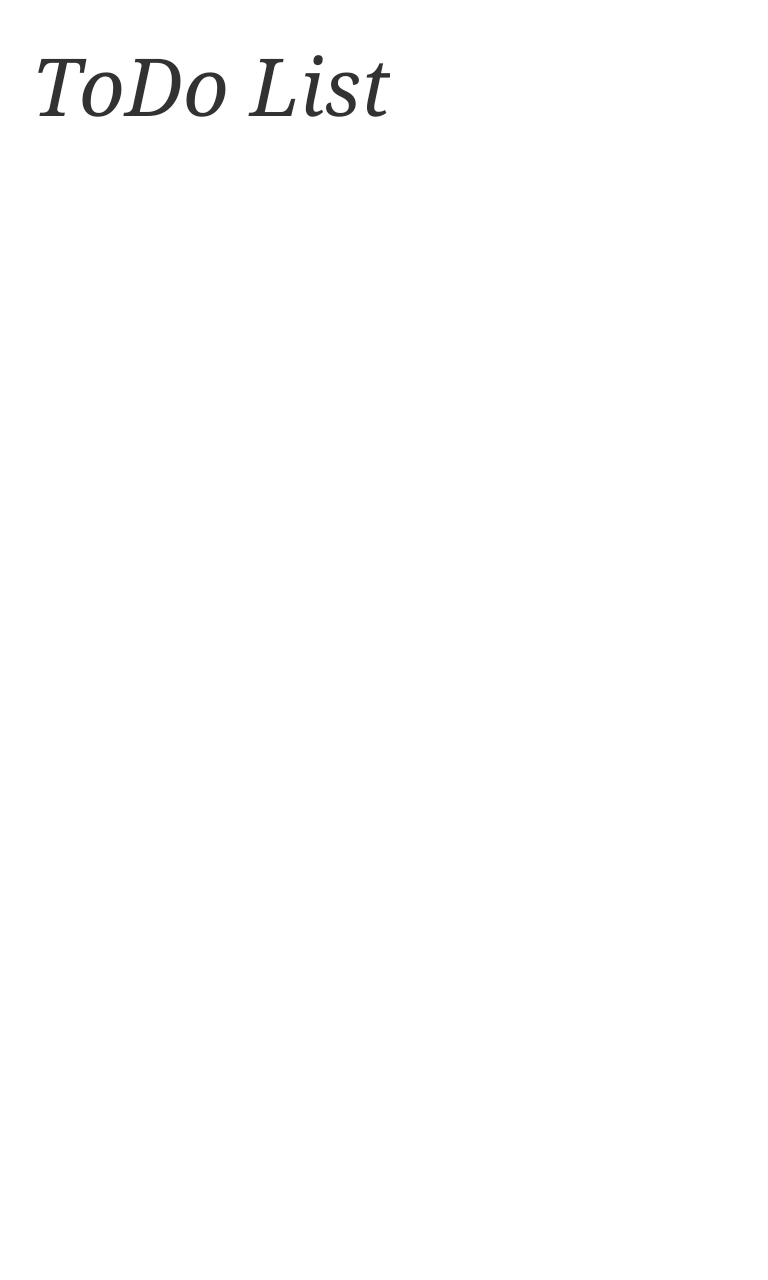
Repository: bvrit-vineeth/android-projects
Layout: TODOListApp/res/layout/activity_main.xml
An editor plug-in stored every save of this project. The layout is shown before and after the next save, followed by the edit.
It is drawn on a 768 x 1280 px phone screen (xhdpi) without system bars, with theme AppTheme; the app's code is not run. Lists and similar views that code fills are empty.

Above is the layout before, as saved 2013-08-24 06:47:27.

After the next save:
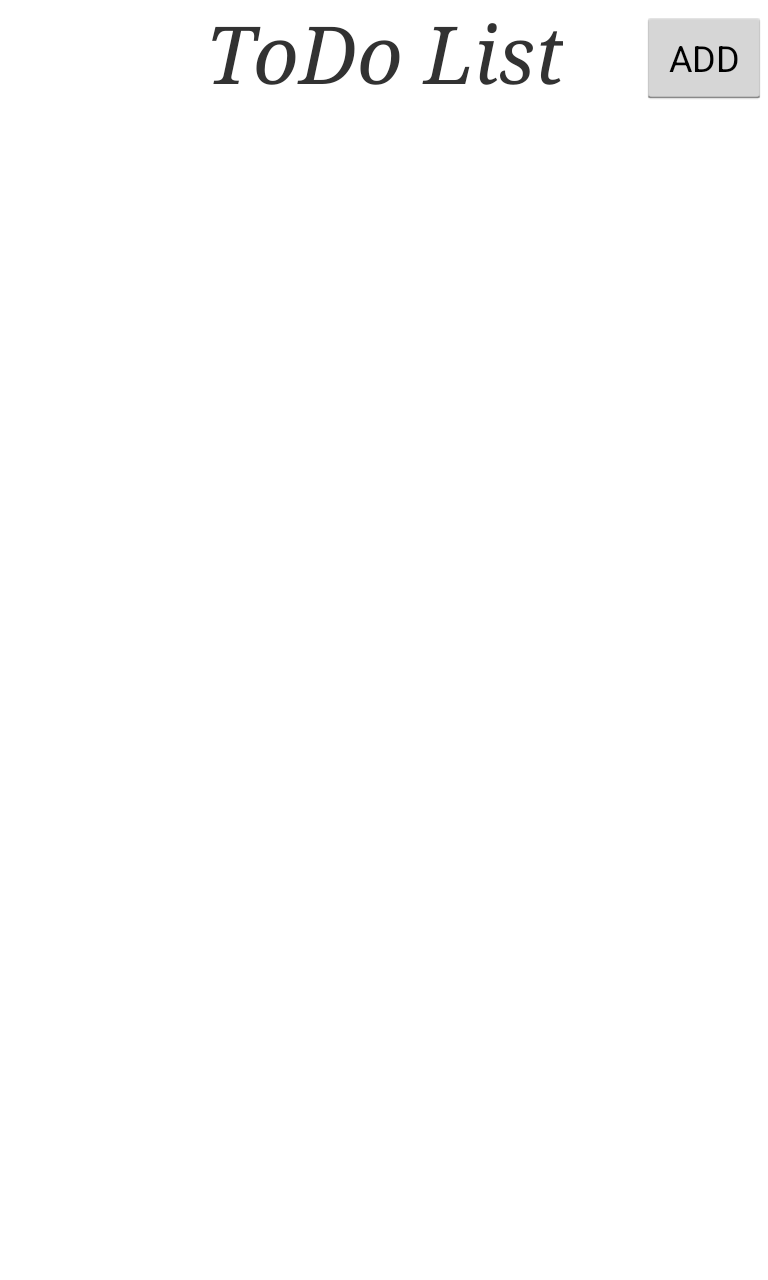
Saved 5 min 57 s later.
--- a/TODOListApp/res/layout/activity_main.xml
+++ b/TODOListApp/res/layout/activity_main.xml
@@ -1,33 +1,35 @@
-<RelativeLayout xmlns:android="http://schemas.android.com/apk/res/android"
-    xmlns:tools="http://schemas.android.com/tools"
-    android:layout_width="match_parent"
-    android:layout_height="match_parent"
-    android:paddingBottom="@dimen/activity_vertical_margin"
-    android:paddingLeft="@dimen/activity_horizontal_margin"
-    android:paddingRight="@dimen/activity_horizontal_margin"
-    android:paddingTop="@dimen/activity_vertical_margin"
-    tools:context=".MainActivity" >
-
-    <TextView
-		android:id="@+id/textView1"
-		android:layout_width="wrap_content"
-		android:layout_height="wrap_content"
-		android:text="@string/app_header"
-		android:textSize="40sp"
-		android:typeface="serif"
-		android:textStyle="italic"
-		android:layout_gravity="center_horizontal" />
-
-
-
-
-    <!--<Button
-        android:id="@+id/button1"
-        android:layout_width="wrap_content"
-        android:layout_height="wrap_content"
-        android:layout_alignParentTop="true"
-        android:layout_alignRight="@+id/gridView1"
-        android:onClick="onClick"
-        android:text="@string/add_item" />-->
-
+<?xml version="1.0" encoding="utf-8"?>
+<LinearLayout
+	android:id="@+id/widget40"
+	android:layout_width="fill_parent"
+	android:layout_height="fill_parent"
+	android:orientation="vertical"
+	xmlns:android="http://schemas.android.com/apk/res/android">
+<RelativeLayout
+	android:id="@+id/widget43"
+	android:layout_width="fill_parent"
+	android:layout_height="58dp">
+<TextView
+	android:id="@+id/widget44"
+	android:layout_width="wrap_content"
+	android:layout_height="wrap_content"
+	android:text="ToDo List"
+	android:textSize="40sp"
+	android:typeface="serif"
+	android:textStyle="italic"
+	android:gravity="center"
+	android:layout_alignParentTop="true"
+	android:layout_centerHorizontal="true" />
+<Button
+	android:id="@+id/widget45"
+	android:layout_width="wrap_content"
+	android:layout_height="wrap_content"
+	android:text="ADD"
+	android:layout_centerVertical="true"
+	android:layout_alignParentRight="true" />
 </RelativeLayout>
+<ListView
+	android:id="@+id/widget46"
+	android:layout_width="fill_parent"
+	android:layout_height="wrap_content" />
+</LinearLayout>
